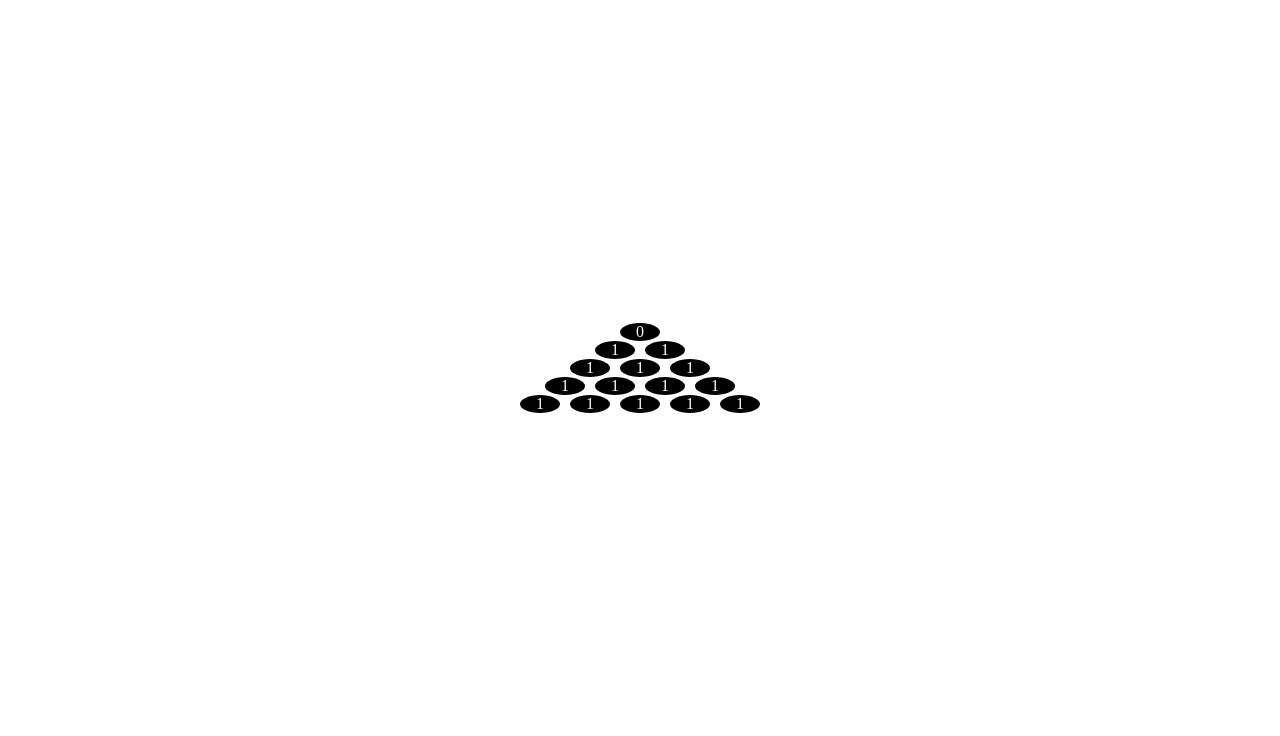
Repository: Yash19075/Mathematical-Peg-game
Page: Peg-game.html
These files come from the project's save history. The page is drawn as it stood at one moment and after the next save; the edit follows.
The browser window is 1280 px wide. The pictures show the whole page.

Above is the page before, as saved 2025-03-15 11:59:03.

### Peg-game.html
<!DOCTYPE html>
<html lang="en">
<head>
    <meta charset="UTF-8">
    <meta name="viewport" content="width=device-width, initial-scale=1.0">
    <title>Peg game</title>
    <link rel="stylesheet" href="Peg-game.css">
</head>
<body>
    <div class="peg-board">
    <div class="row">
        <div class="peg">0</div>
    </div>
    <div class="row">
        <div class="peg">1</div>
        <div class="peg">1</div>
    </div>
    <div class="row">
        <div class="peg">1</div>
        <div class="peg">1</div>
        <div class="peg">1</div>
    </div>
    <div class="row">
        <div class="peg">1</div>
        <div class="peg">1</div>
        <div class="peg">1</div>
        <div class="peg">1</div>
    </div>
    <div class="row">
        <div class="peg">1</div>
        <div class="peg">1</div>
        <div class="peg">1</div>
        <div class="peg">1</div>
        <div class="peg">1</div>
    </div>
    </div>
</body>
</html>

### Peg-game.css
body {
    height: 100vh;
    display: flex;
    justify-content: center;
    align-items: center;
}

.row {
    display: flex;
    gap: 10px;
    justify-content: center;
}

.peg-board {
    display: flex;
    flex-direction: column;
    align-items: center;
}

.peg{
    border-radius: 50%;
    background-color: black;
    color: white;
    width: 40px;
    /* align-items: center; */
    /* height: 20px; */
    text-align: center;
}

After the next save:
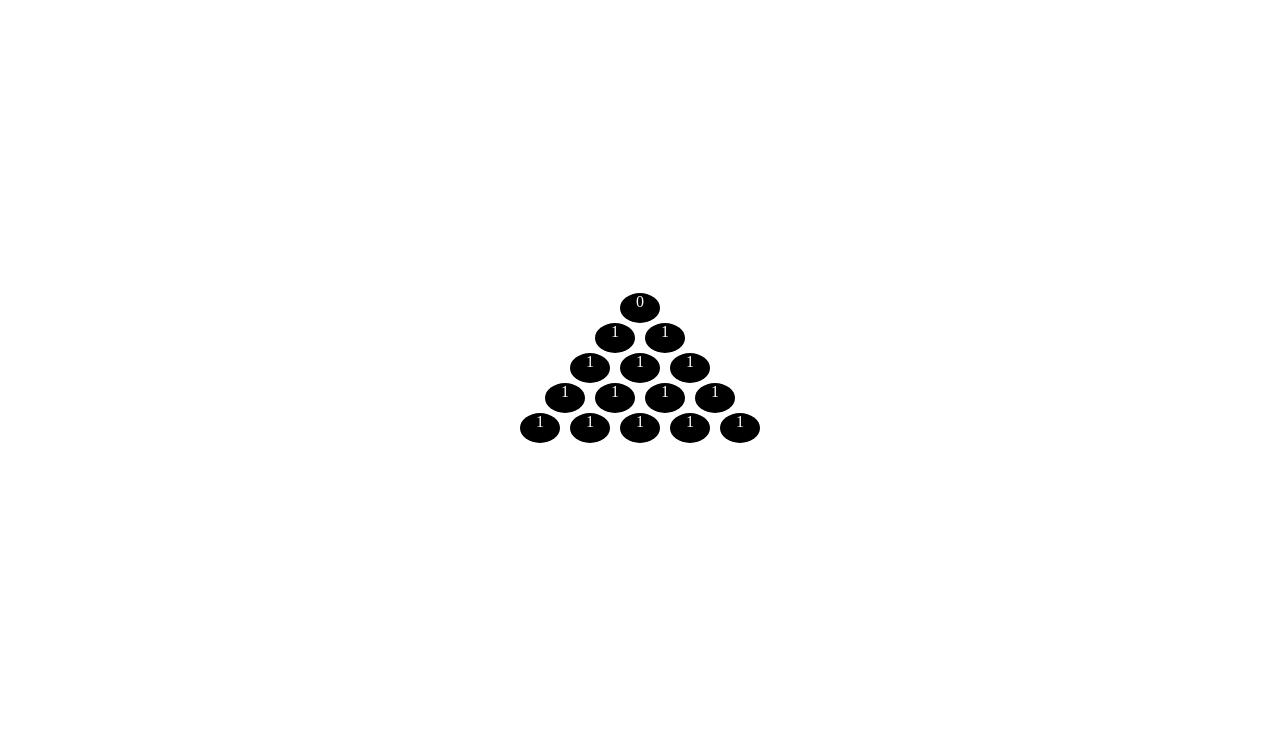
Saved 6 s later.
--- a/Peg-game.css
+++ b/Peg-game.css
@@ -23,6 +23,6 @@ body {
     color: white;
     width: 40px;
     /* align-items: center; */
-    /* height: 20px; */
+    height: 30px;
     text-align: center;
 }
